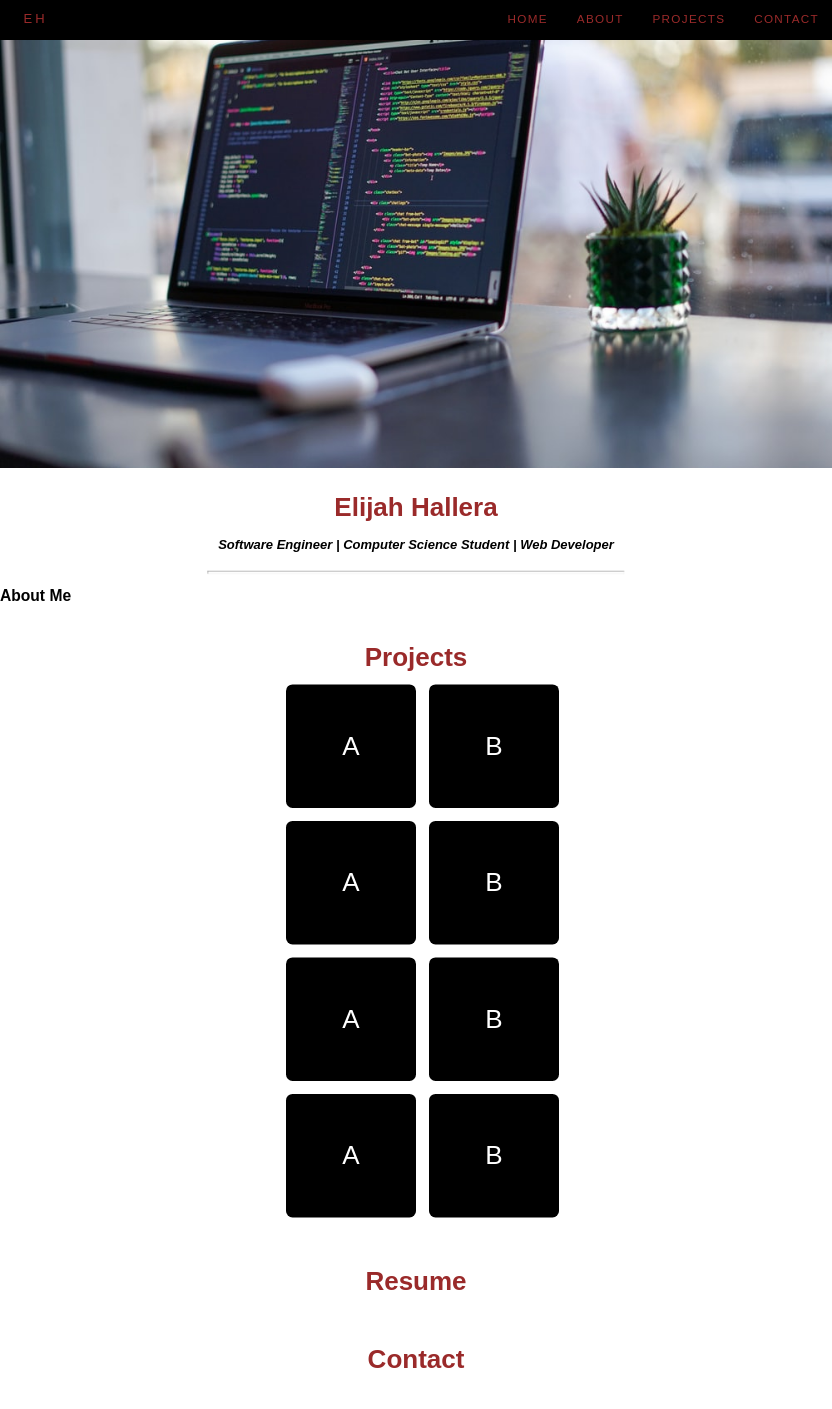
Repository: ElijahHallera/ElijahHallera.github.io
Page: http://localhost/
The author's editor kept a record of every edit. The page is drawn from the files as they stood at one moment, then again after the next edit.
The browser window is 1280 px wide. The pictures show the whole page, at 65% of full size.
Backgrounds fixed to the window are drawn as part of the page. The page is served by the project's Node server (index.js).

Above is the page before.

After the next edit:
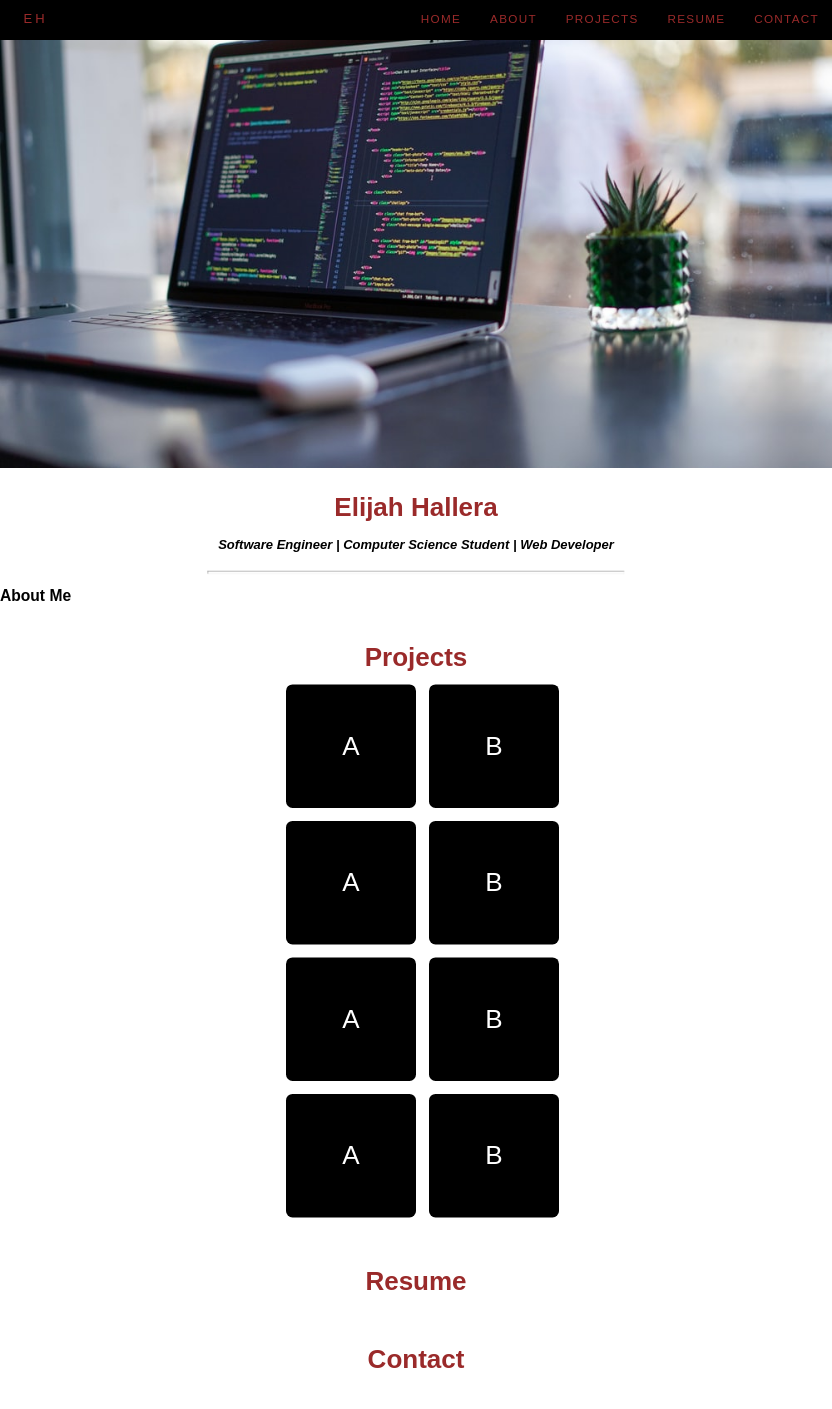
The edit:
--- a/views/Homepage.ejs
+++ b/views/Homepage.ejs
@@ -37,6 +37,7 @@
 					<li><a href="#home">Home</a></li>
 					<li><a href="#about">About</a></li>
 					<li><a href="#projects">Projects</a></li>
+					<li><a href="#resume">Resume</a></li>
 					<li><a href="#contact">Contact</a></li>
 				</ul>
 			</div>
